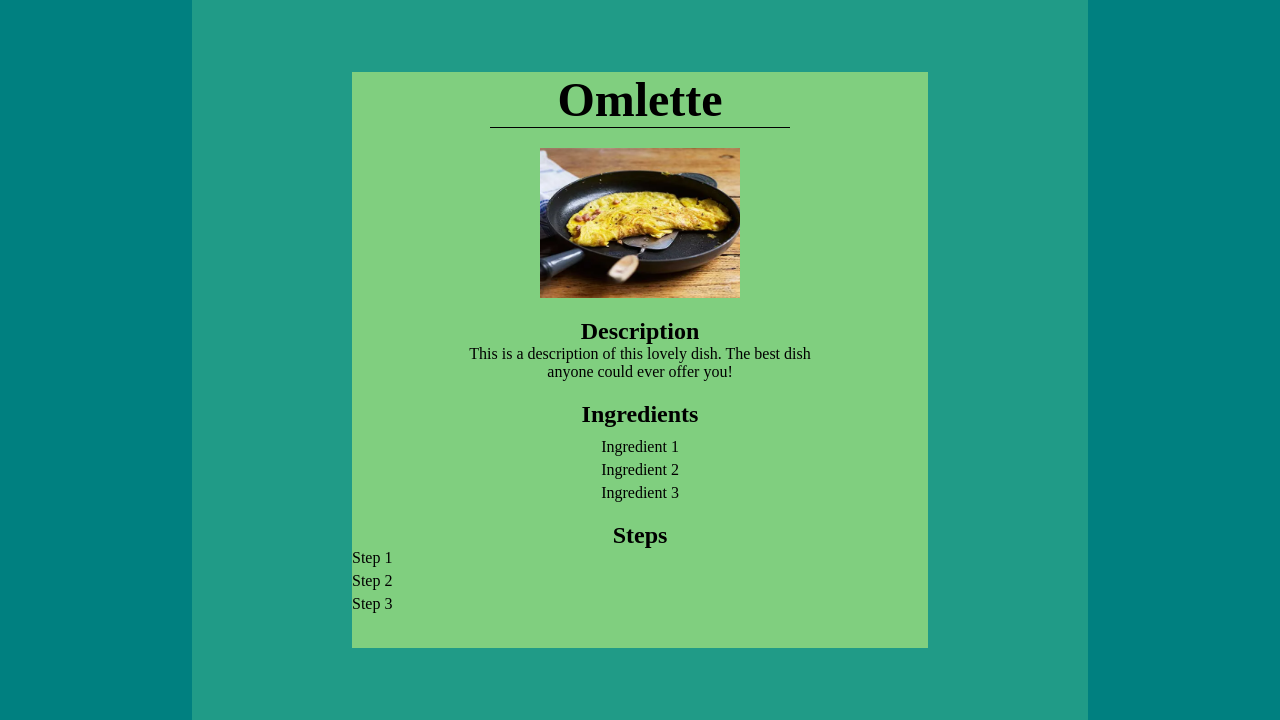
Repository: Pafestivo/odin-recipes
Page: recipes/omlette.html
The author's editor kept a copy of each file at every save. The page is drawn from the files as they stood at one save, then again after the next save.
The browser window is 1280 px wide. The pictures show the whole page.

Above is the page before, as saved 2022-09-24 12:59:58.

After the next save:
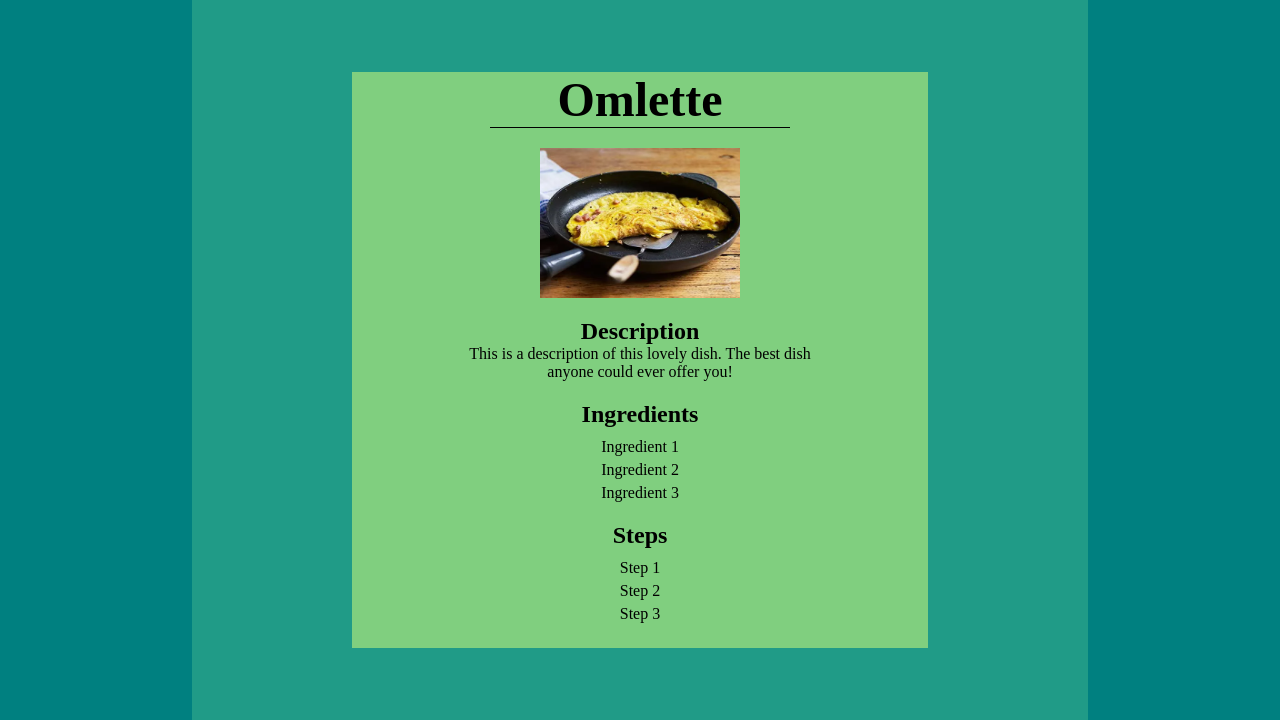
Saved 14 s later.
--- a/css/recipe-styles.css
+++ b/css/recipe-styles.css
@@ -53,7 +53,8 @@ p {
   margin: 0 auto;
 }
 
-ul {
+ul,
+ol {
   list-style: none;
   text-align: center;
   margin: 10px;
@@ -62,7 +63,3 @@ ul {
 li {
   margin-bottom: 5px;
 }
-
-ol {
-  list-style: none;
-}
